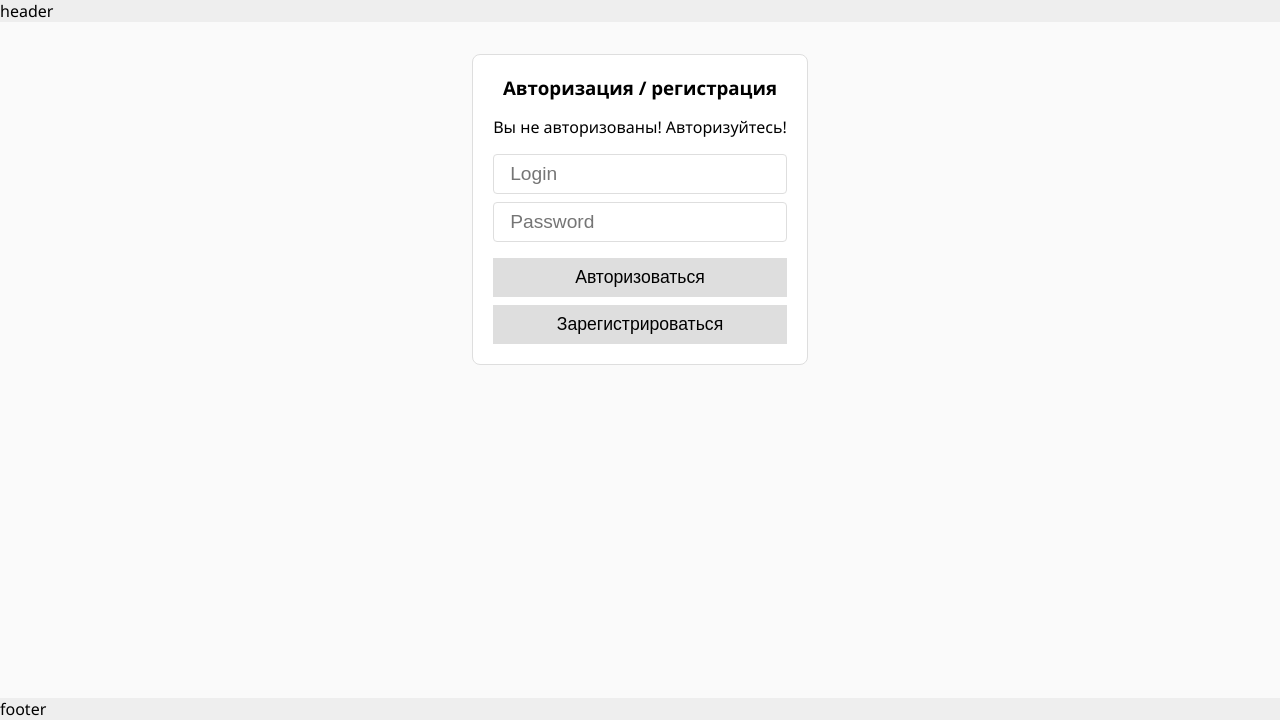
Repository: slep0y/fakeAuth
Page: index.html
The author's editor kept a copy of each file at every save. The page is drawn from the files as they stood at one save, then again after the next save.
The browser window is 1280 px wide. The pictures show the whole page.
The style sheet was rebuilt from its Sass, Less or Tailwind sources for each picture, by a compiler version that may differ from the author's.

Above is the page before, as saved 2025-01-19 18:44:12.

### index.html
<!DOCTYPE html>
<html lang="ru">
<head>
    <meta charset="UTF-8">
    <meta name="viewport" content="width=device-width, initial-scale=1.0">
    <!-- <link rel="stylesheet" href="./styles/special-style.css"> -->
    <link rel="stylesheet" href="/styles/style.css">
    <title>Document</title>
</head>
<body class="page">
    <header class="header">header</header>
    <main class="main">
        <section class="auth-section hidden">
            <div class="container">
                <div class="auth-section__inner">
                    <form action="*" class="form" id="authForm">
                        <h3 class="form__title">Авторизация / регистрация</h3>
                        <p class="form__message"></p>
                        <div class="fieldgroup">
                            <input id="loginName" name="loginName" type="text" class="input" placeholder="Login">
                            <input id="loginPass" name="loginPass" type="password" class="input" placeholder="Password">
                        </div>
                        <div class="controls">
                            <button id="authButton" class="button button_wide">Авторизоваться</button>
                            <button id="regButton" class="button button_wide">Зарегистрироваться</button>
                        </div>
                    </form>
                </div>
            </div>
        </section>
        <section class="content hidden">
            <div class="container">
                <div class="content__inner">
                    <div class="content__header">
                        <h3 class="content__title">Кабинет пользователя: <span class="userAuthorize">user</span></h3>
                        <button id="exitButton" class="button button_small">Выйти из профиля</button>
                    </div>


                    <h1>Приветствую</h1>
                </div>
            </div>
        </section>
    </main>
    <footer class="footer">footer</footer>

    <script src="./js/script.js"></script>
</body>
</html>

### js/script.js
let form = document.querySelector('#authForm'),
    authSection = document.querySelector('.auth-section'),
    content = document.querySelector('.content'),
    authButton = form.querySelector('#authButton'),
    regButton = form.querySelector('#regButton'),
    exitButton = document.querySelector('#exitButton'),
    loginName = form.querySelector('#loginName'),
    loginPass = form.querySelector('#loginPass'),
    formMessage = form.querySelector('.form__message');

function checkAuthData(){
    if(localStorage.getItem('authorize') && localStorage.getItem('userAuth')){
        let authName = localStorage.getItem('authorize'),
            usersBase = JSON.parse(localStorage.getItem('userAuth'));
        if(usersBase[authName]){
            content.classList.remove('hidden');
            authSection.classList.add('hidden');
            showMessage('Вы авторизованы как: ' + authName);
            cleanFields();
        }else{
            authSection.classList.remove('hidden');
            showMessage('Вы не авторизованы! Авторизуйтесь!');
        }
    }else{
        authSection.classList.remove('hidden');
        showMessage('Вы не авторизованы! Авторизуйтесь!');
    }
    cleanFields();
}

function authorize(e){
    e.preventDefault();
    let name = loginName.value,
        pass = loginPass.value;
    if(localStorage.getItem('userAuth')){
        let usersBase = JSON.parse(localStorage.getItem('userAuth'));
        if(usersBase[name] && pass == usersBase[name]['pass']){
            localStorage.setItem('authorize', name);
            checkAuthData();
        }else{
            showMessage('Неверные: Имя и/или Пароль');
        }
    }else{
        showMessage('Неверные: Имя и Пароль');
    }
}

function logout(e){
    e.preventDefault();
    localStorage.removeItem('authorize');
    showMessage('Вы вышли из профиля. Автризуйтесь!');
    content.classList.add('hidden');
    authSection.classList.remove('hidden');
}

function register(e){
    e.preventDefault();
    let name = loginName.value,
        pass = loginPass.value;
    if(name != '' && pass != ''){
        if(localStorage.getItem('userAuth')){
            let inBaseUserAuth = JSON.parse(localStorage.getItem('userAuth')),
                newUser = {
                    name: name,
                    pass: pass
                };
            inBaseUserAuth[name] = newUser;
            localStorage.setItem('userAuth', JSON.stringify(inBaseUserAuth));
            showMessage('Вы зарегистрированы! Авторизуйтесь!');
            cleanFields();
        }else{
            let newBaseUserAuth = {
                [name] : {
                    name: name,
                    pass: pass
                }
            };
            localStorage.setItem('userAuth', JSON.stringify(newBaseUserAuth));
            showMessage('Вы зарегистрированы! Авторизуйтесь!');
            cleanFields();
        }
    }
}

function showMessage(text){
    formMessage.innerHTML = text;
}
function cleanFields(){
    loginName.value = '';
    loginPass.value = '';
}

checkAuthData();
authButton.onclick = authorize;
regButton.onclick = register;
exitButton.onclick = logout;

### styles/style.scss
@import "_base.scss";
@import "blocks/page/_page.scss";
@import "blocks/container/_container.scss";
@import "blocks/main/_main.scss";
@import "blocks/header/_header.scss";
@import "blocks/footer/_footer.scss";
@import "blocks/auth-section/_auth-section.scss";
@import "blocks/content/_content.scss";
@import "blocks/form/_form.scss";
@import "blocks/fieldgroup/_fieldgroup.scss";
@import "blocks/controls/_controls.scss";
@import "blocks/input/_input.scss";
@import "blocks/button/_button.scss";
@import "blocks/userAuthorize/_userAuthorize.scss";

### styles/_base.scss
:root{
    --segoe:'Segoe UI', Tahoma, Geneva, Verdana, sans-serif;
    --grey_lite: #dedede;
    --lite: #fafafa;
    --blue_lite: #6699ff;
}
body, html {
    margin: 0;
    padding: 0;
    height: 100%;
    font-family: var(--segoe);
}
*, *::after, *::before {
    box-sizing: border-box;
}
section{
    padding-block: 2rem;
}

### styles/blocks/page/_page.scss
.page{
    display: grid;
    grid-auto-rows: min-content auto min-content;
    background-color: var(--lite);
}

### styles/blocks/container/_container.scss
.container {
    width: 100%;
    margin-inline: auto;
    max-width: 1140px;
    padding-inline: 20px;
}

### styles/blocks/main/_main.scss
.main{

}

### styles/blocks/header/_header.scss
.header{
    background-color: #eee;
}

### styles/blocks/footer/_footer.scss
.footer{
    background-color: #eee;
}

### styles/blocks/auth-section/_auth-section.scss
.auth-section{
    display: block;
    &__inner{
        display: grid;
        justify-content: center;
    }
    &.hidden{
        display: none;
    }
}

### styles/blocks/content/_content.scss
.content{
    &.hidden{
        display: none;
    }
    &__header{
        display: flex;
        align-items: baseline;
        gap: 16px;
    }
    &__title{
        font-weight: 400;
    }
}

### styles/blocks/form/_form.scss
.form{
    max-width: 640px;
    width: 100%;
    display: grid;
    gap: 16px;
    border: 1px solid var(--grey_lite);
    padding: 20px;
    border-radius: 8px;
    background-color: #fff;
    grid-auto-rows: min-content;
    &.hidden{
        display: none;
    }
    &__title{
        margin: unset;
        white-space: nowrap;
        text-align: center;
    }
    &__message{
        margin: unset;
        text-align: center;
    }
}

### styles/blocks/fieldgroup/_fieldgroup.scss
.fieldgroup{
    display: grid;
    gap: 8px;
}

### styles/blocks/controls/_controls.scss
.controls{
    display: grid;
    gap: 8px;
}

### styles/blocks/input/_input.scss
.input{
    border: 1px solid var(--grey_lite);
    border-radius: 4px;
    padding: 8px 16px;
    background-color: #fff;
    width: 100%;
    font-size: 1.2rem;
    &:focus-visible{
        outline: 1px solid var(--blue_lite);
    }
}

### styles/blocks/button/_button.scss
.button{
    display: flex;
    justify-content: center;
    align-items: center;
    font-size: 1.1rem;
    width: fit-content;
    white-space: nowrap;
    padding: 8px;
    border: 1px solid var(--grey_lite);
    background-color: var(--grey_lite);
    cursor: pointer;
    &:hover{
        background-color: var(--blue_lite);
        color: #fff;
    }
    &_wide{
        width: 100%;
    }
    &_small{
        font-size: 14px;
        padding: 4px 8px;
    }
}

### styles/blocks/userAuthorize/_userAuthorize.scss
.userAuthorize{
    font-weight: 700;
}

After the next save:
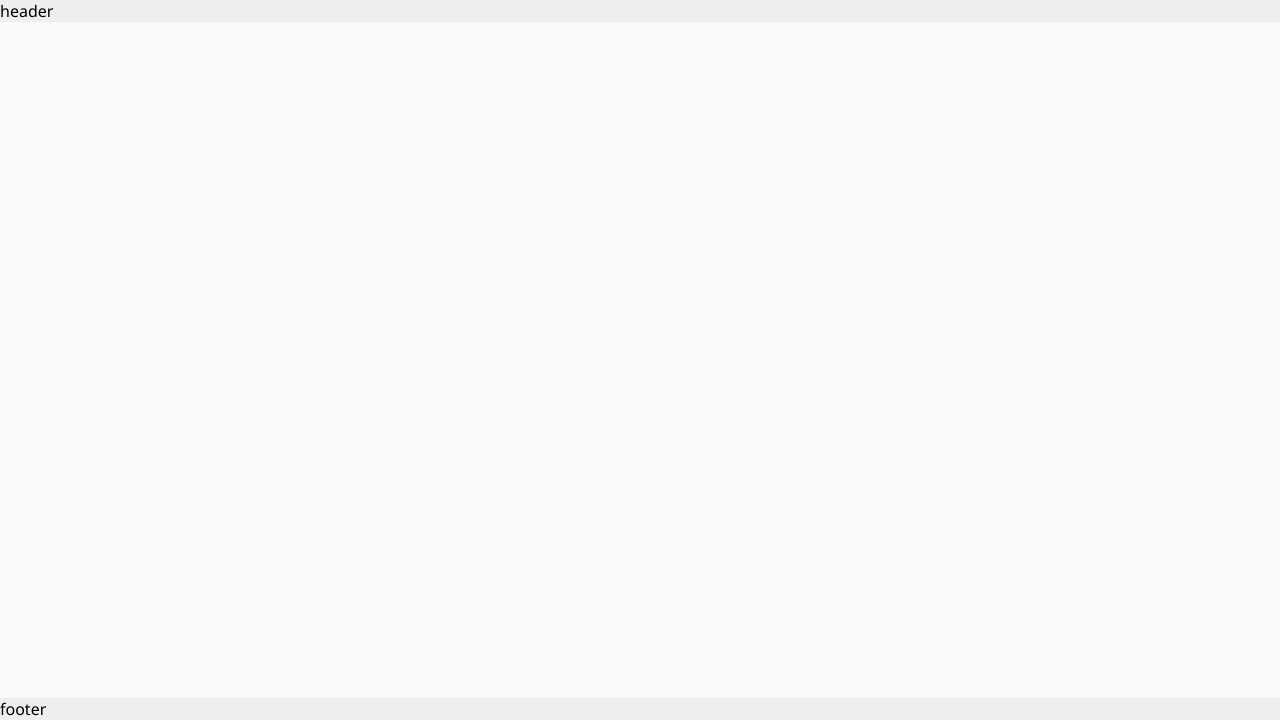
Console error: SyntaxError: Unexpected token '['
Saved 5 min 49 s later.
--- a/js/script.js
+++ b/js/script.js
@@ -41,7 +41,7 @@
             showMessage('Неверные: Имя и/или Пароль');
         }
     }else{
-        showMessage('Неверные: Имя и Пароль');
+        showMessage('Неверные: Имя и/или Пароль');
     }
 }
 
@@ -89,6 +89,9 @@
     loginName.value = '';
     loginPass.value = '';
 }
+function displayUserName()[
+
+]
 
 checkAuthData();
 authButton.onclick = authorize;

After the 4 saves that followed:
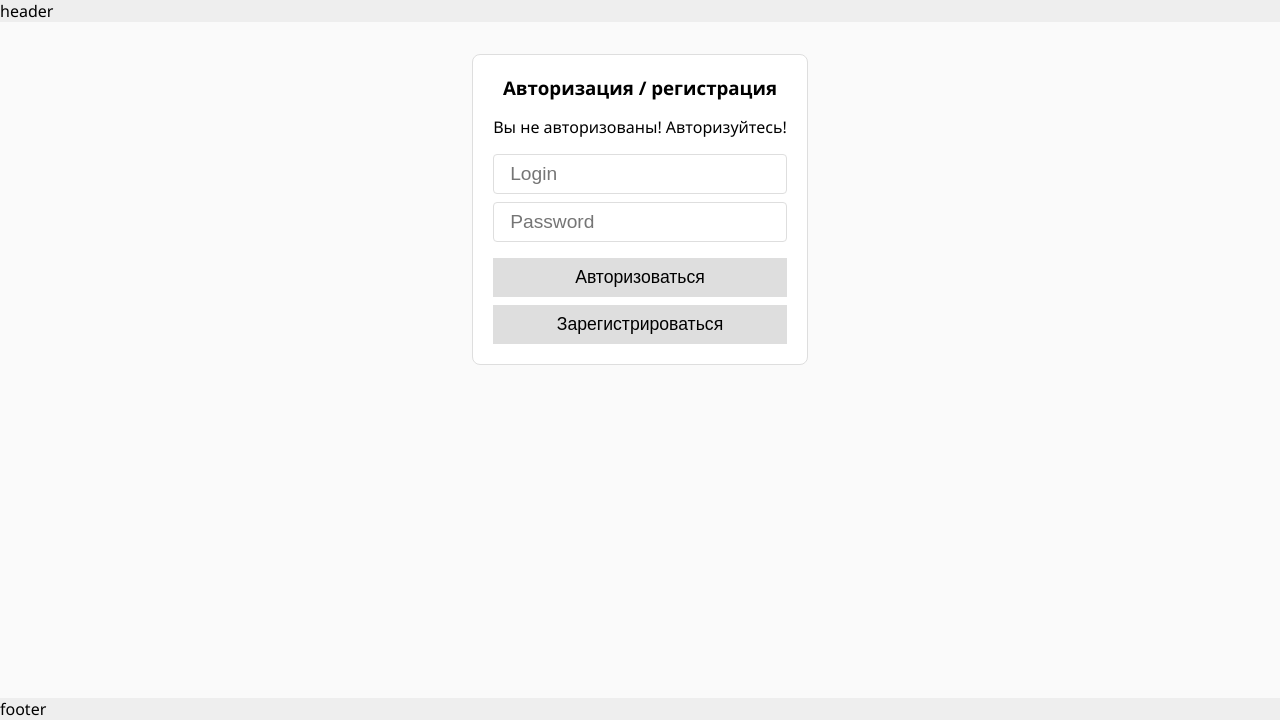
The error is gone.
The 4 saves are shown as one change because 3 left the picture as it was.
The last was saved 3 min 12 s later.
--- a/index.html
+++ b/index.html
@@ -31,11 +31,11 @@
         <section class="content hidden">
             <div class="container">
                 <div class="content__inner">
+
                     <div class="content__header">
                         <h3 class="content__title">Кабинет пользователя: <span class="userAuthorize">user</span></h3>
                         <button id="exitButton" class="button button_small">Выйти из профиля</button>
                     </div>
-
 
                     <h1>Приветствую</h1>
                 </div>
--- a/js/script.js
+++ b/js/script.js
@@ -6,7 +6,8 @@
     exitButton = document.querySelector('#exitButton'),
     loginName = form.querySelector('#loginName'),
     loginPass = form.querySelector('#loginPass'),
-    formMessage = form.querySelector('.form__message');
+    formMessage = form.querySelector('.form__message'),
+    userAuthorize = document.querySelector('.userAuthorize');
 
 function checkAuthData(){
     if(localStorage.getItem('authorize') && localStorage.getItem('userAuth')){
@@ -15,7 +16,7 @@
         if(usersBase[authName]){
             content.classList.remove('hidden');
             authSection.classList.add('hidden');
-            showMessage('Вы авторизованы как: ' + authName);
+            displayUserName(authName, userAuthorize);
             cleanFields();
         }else{
             authSection.classList.remove('hidden');
@@ -89,9 +90,9 @@
     loginName.value = '';
     loginPass.value = '';
 }
-function displayUserName()[
-
-]
+function displayUserName(name, whereShow){
+    whereShow.innerHTML = name;
+}
 
 checkAuthData();
 authButton.onclick = authorize;
